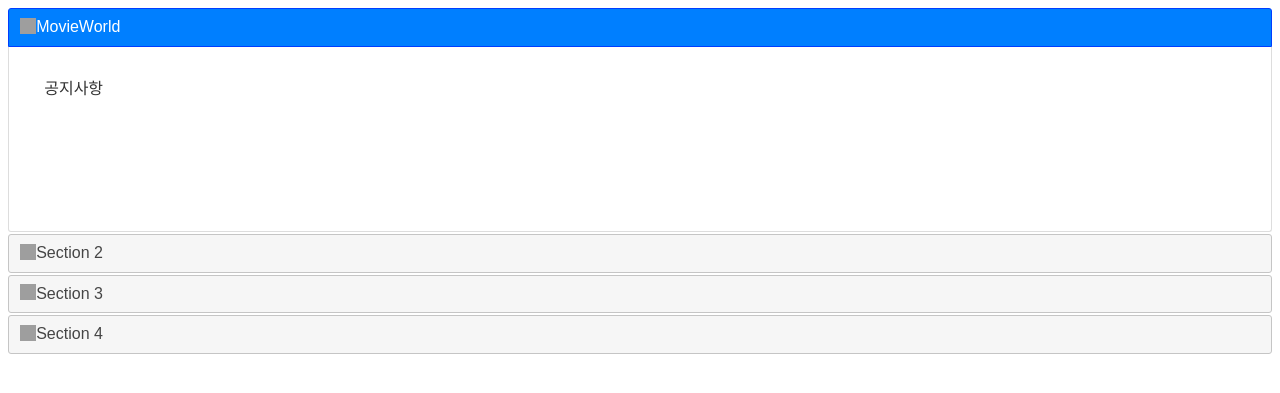
Repository: khpark1211/jsp
Page: http://localhost/TestJsp/
These files come from the project's save history. The page is drawn as it stood at one moment and after the next save; the edit follows.
The browser window is 1280 px wide. The pictures show the whole page.
Pictures or frames that could not be fetched are drawn as grey boxes. Some web libraries are served in a nearby version. The page is served by Tomcat 9.

Above is the page before, as saved 2020-04-07 06:21:28.
Not found: TestJsp/resources/demos/style.css

After the next save:
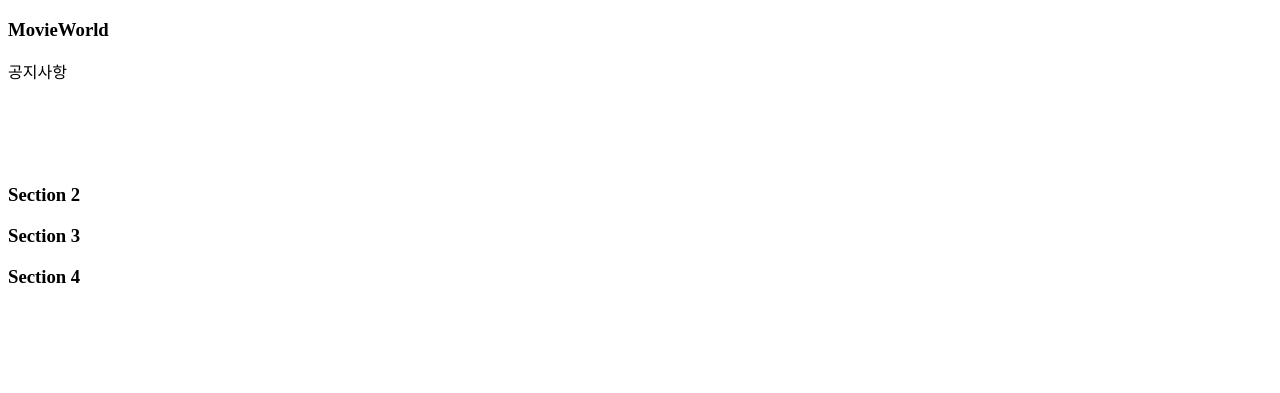
Saved 3 h 27 min later.
--- a/TestJsp/WebContent/index.jsp
+++ b/TestJsp/WebContent/index.jsp
@@ -6,8 +6,7 @@
   <meta charset="utf-8">
   <meta name="viewport" content="width=device-width, initial-scale=1">
   <title>jQuery UI Accordion - Default functionality</title>
-  <link rel="stylesheet" href="//code.jquery.com/ui/1.12.1/themes/base/jquery-ui.css">
-  <link rel="stylesheet" href="/resources/demos/style.css">
+
   <script src="https://code.jquery.com/jquery-1.12.4.js"></script>
   <script src="https://code.jquery.com/ui/1.12.1/jquery-ui.js"></script>
   <script>
